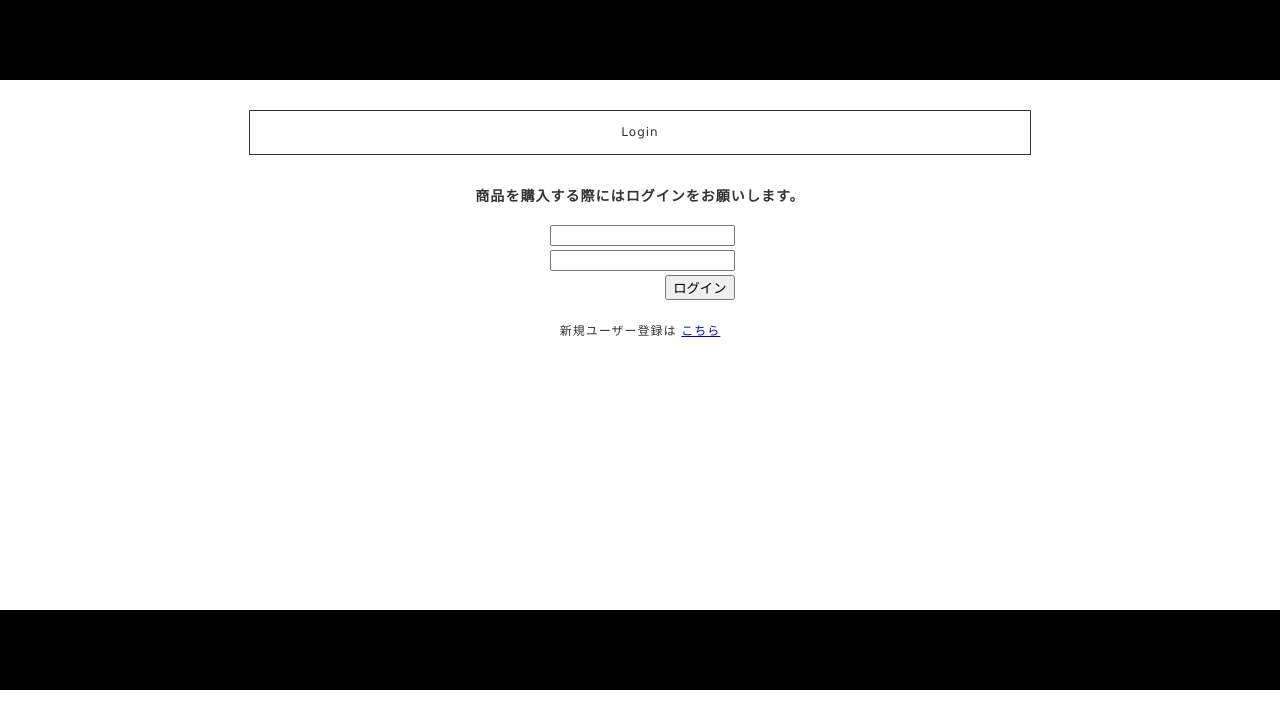
Repository: ryuhei0204/test
Page: http://localhost/template/login.jsp
These files come from the project's save history. The page is drawn as it stood at one moment and after the next save; the edit follows.
The browser window is 1280 px wide. The pictures show the whole page.
The page is served by Tomcat 9. Other server files are loaded and not shown.

Above is the page before, as saved 2019-05-20 02:48:42.

### template/WebContent/login.jsp
<%@ page language="java" contentType="text/html; charset=UTF-8"
    pageEncoding="UTF-8"%>
<%@ taglib prefix="s" uri="/struts-tags" %>
<!DOCTYPE html>
<html>
<head>
<meta  http-equiv="Content-Type" content="text/html; charset=UTF-8"/>
<meta  http-equiv="Content-Style-Type" content="text/css"/>
<meta  http-equiv="Content-Script-Type" content="text/javascript"/>
<meta  http-equiv="imagetoolbar" content="no"/>
<meta name="description" content=""/>
<meta name="keywords" content=""/>

<title>Login画面</title>

<style type="text/css">
/* ========TAG LAYOUT========*/
  body{
    margin:0;
    padding:0;
    line-height:1.6;
    letter-spacing:1px;
    font-family:Verdana,Helvetica,sans-serif;
    font-size:12px;
    color:#333;
    background:#fff;
  }

  table{
    text-align:center;
    margin:0 auto;
  }
  /* ========ID LAYOUT========*/
  #top{
    width:780px;
    margin:30px auto;
    border:1px solid #333;
  }

  #header{
    width: 100%;
    height:80px;
    background-color:black;
  }

  #main{
    width:100%;
    height:500px;
    text-align:center;
  }

  #footer{
    width:100%;
    height:80px;
    background-color:black;
    clear:both;
  }
</style>
</head>
<body>
  <div id="header">
    <div id="pr">
    </div>
  </div>
  <div id="main">
    <div id="top">
      <p>Login</p>
    </div>
    <div>
      <h3>商品を購入する際にはログインをお願いします。</h3>
      <s:form action="LoginAction">
        <s:textfield name="loginUserId"/>
        <s:password name="loginPassword"/>
        <s:submit value="ログイン"/>
      </s:form>
      <br/>

      <div>
        <span>新規ユーザー登録は
          <a href='<s:url action="UserCreateAction"/>'>こちら</a>
        </span>
      </div>
    </div>
  </div>

  <div id="footer">
    <div id="pr">
    </div>
  </div>
</body>
</html>

After the next save:
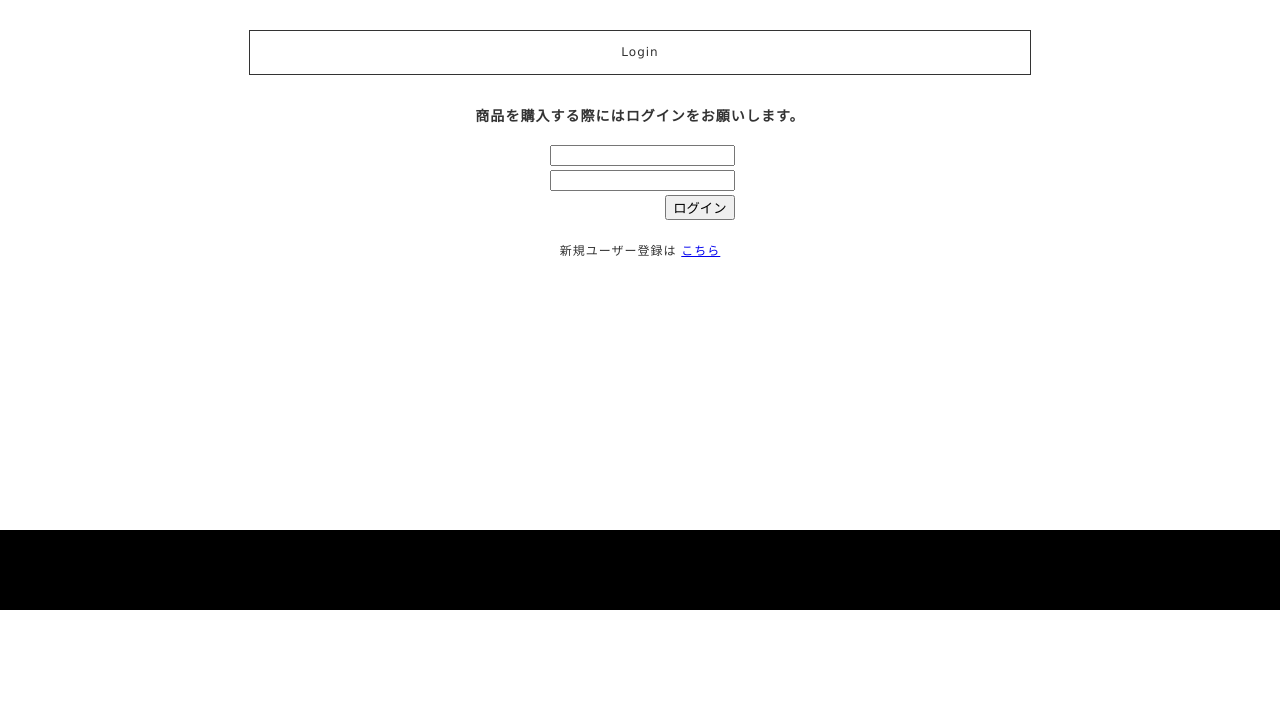
Saved 23 s later.
--- a/template/WebContent/login.jsp
+++ b/template/WebContent/login.jsp
@@ -58,7 +58,7 @@
 </style>
 </head>
 <body>
-  <div id="header">
+<!--   <div id="header"> -->
     <div id="pr">
     </div>
   </div>
